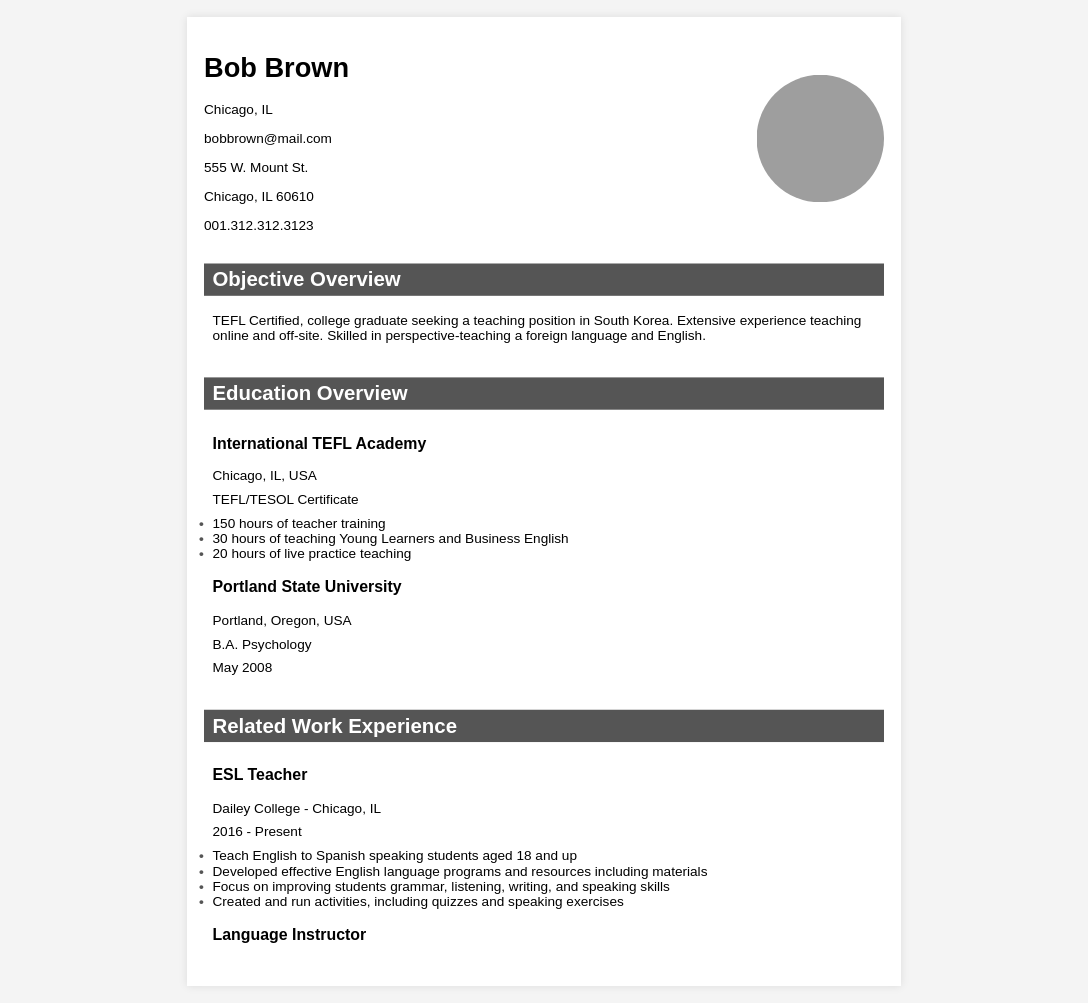
Repository: Gibekkk/WebPro
Page: Tugas Lab 1 (2)/index.html
The author's editor kept a copy of each file at every save. The page is drawn from the files as they stood at one save, then again after the next save.
The browser window is 1280 px wide. The pictures show the whole page, at 85% of full size.
Pictures or frames that could not be fetched are drawn as grey boxes.

Above is the page before, as saved 2024-03-25 13:12:32.

After the next save:
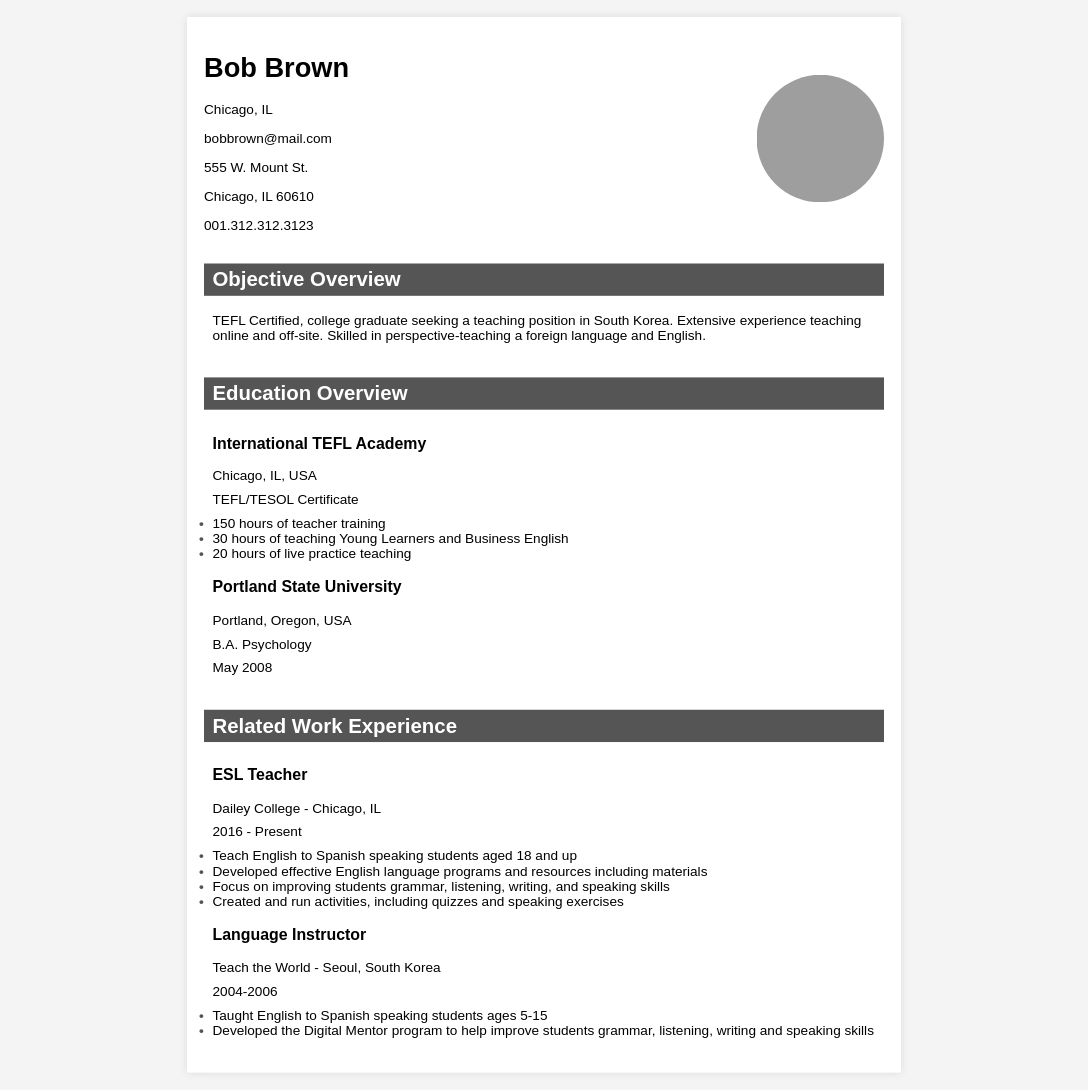
Saved 5 s later.
--- a/Tugas Lab 1 (2)/index.html
+++ b/Tugas Lab 1 (2)/index.html
@@ -111,6 +111,11 @@
         <li>Created and run activities, including quizzes and speaking exercises</li>
       </ul>
       <h3>Language Instructor</h3>
+      <p>Teach the World - Seoul, South Korea</p>
+      <p>2004-2006</p>
+      <ul>
+        <li>Taught English to Spanish speaking students ages 5-15</li>
+        <li>Developed the Digital Mentor program to help improve students grammar, listening, writing and speaking skills</li>
   <!-- More sections can be added here following the same structure -->
 </div>
 </body>
